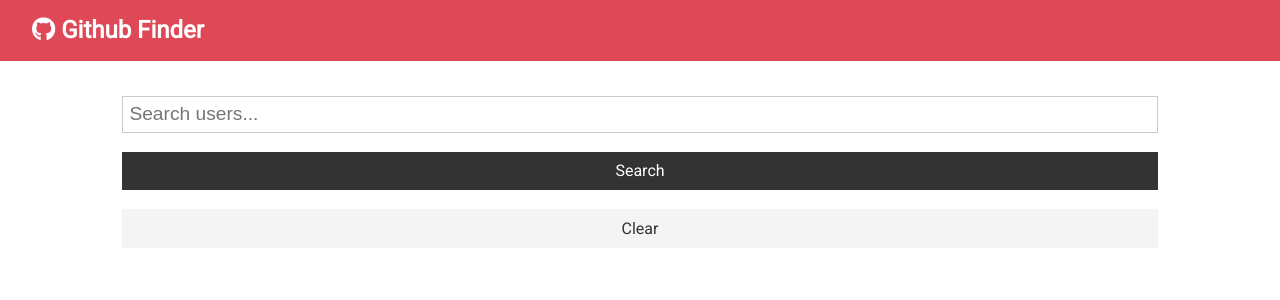
Repository: zhapar/github-finder
Page: /
These files come from the project's save history. The page is drawn as it stood at one moment and after the next save; the edit follows.
The browser window is 1280 px wide. The pictures show the whole page.
Some web libraries are served in a nearby version. The project was rebuilt for these pictures with package versions that can differ from the ones it lists, and the page was loaded fresh each time. Also part of the build but not shown: src/components/users/UserItem.js, src/components/layout/Spinner.js.

Above is the page before, as saved 2020-05-08 15:40:51.

After the next save:
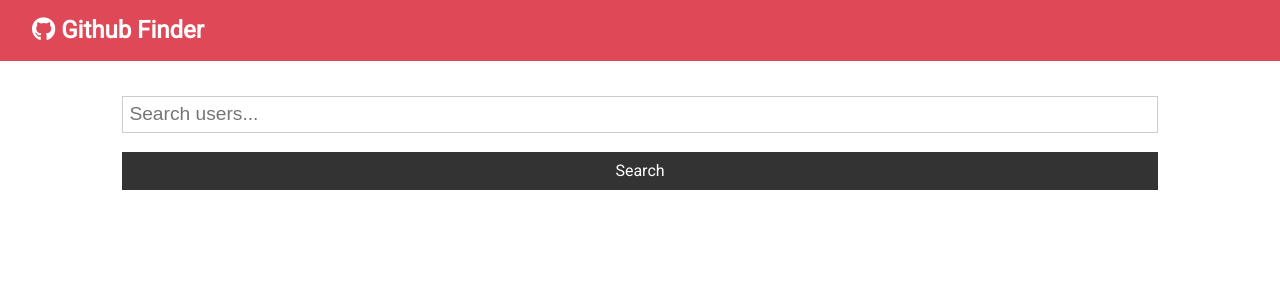
Saved 73 s later.
--- a/src/components/users/Search.js
+++ b/src/components/users/Search.js
@@ -37,12 +37,14 @@ export class Search extends Component {
             className="btn btn-dark btn-block"
           />
         </form>
-        <button
-          className="btn btn-light btn-block"
-          onClick={this.props.clearUsers}
-        >
-          Clear
-        </button>
+        {this.props.showClear && (
+          <button
+            className="btn btn-light btn-block"
+            onClick={this.props.clearUsers}
+          >
+            Clear
+          </button>
+        )}
       </div>
     );
   }
